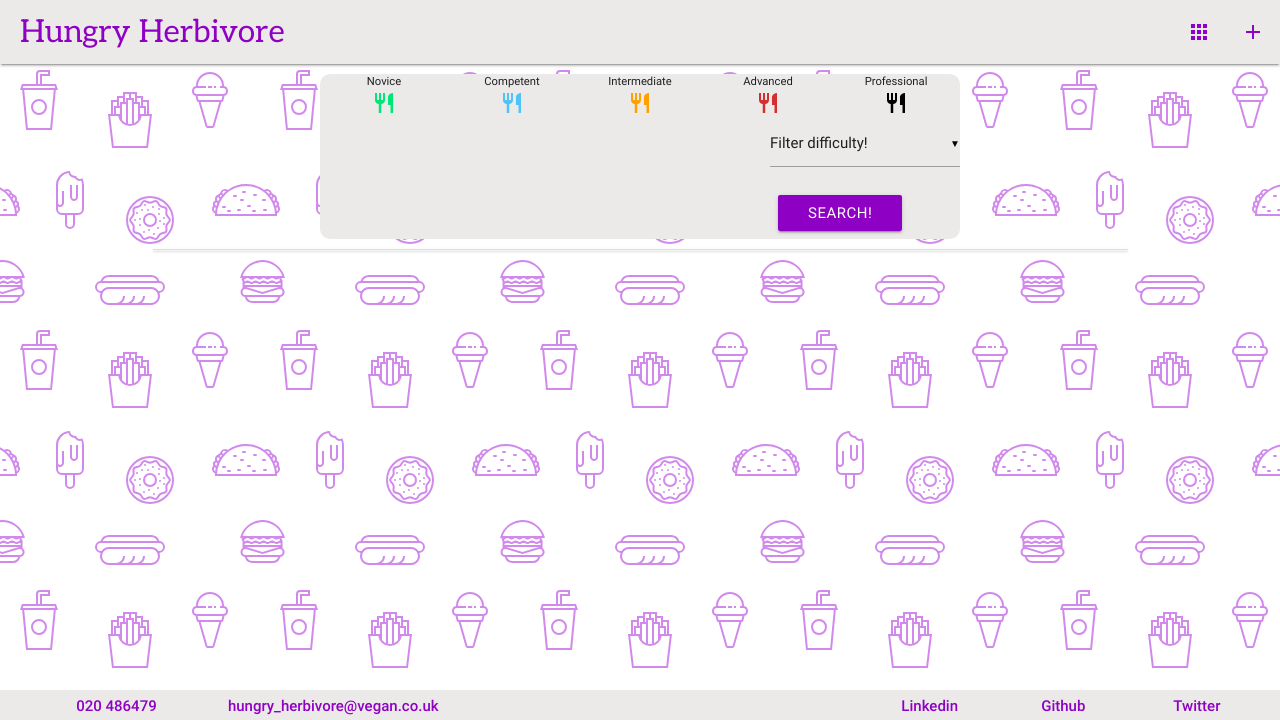
Repository: tgarratt/HungryHerbivore-Milestone3
Page: templates/recipes.html
The author's editor kept a record of every edit. The page is drawn from the files as they stood at one moment, then again after the next edit.
The browser window is 1280 px wide. The pictures show the whole page.
The template is drawn by Flask 3. The application's start-up code is not run. Other server files are loaded and not shown. The template is opened directly, without the code that normally fills it, so the values that code supplies are empty.

Above is the page before.

### templates/recipes.html
{% extends 'parent.html'%} {% block content %}

<div class="key-content mobile-key row">
    <div class="col m2.4 key-info key-width key-text">
        <div class="mobile-key-text-novice">Novice</div>
        <i class="material-icons novice mobile-hide">restaurant</i>
    </div>
    <div class="col m2.4 key-info key-width key-text">
        <div class="mobile-key-text-competent"> Competent</div>
        <i class="material-icons competent mobile-hide">restaurant</i>
    </div>
    <div class="col m2.4 key-info key-width key-text">
        <div class="mobile-key-text-intermediate"> Intermediate</div>
        <i class="material-icons intermediate mobile-hide">restaurant</i>
    </div>
    <div class="col m2.4 key-info key-width key-text">
        <div class="mobile-key-text-advanced"> Advanced</div>
        <i class="material-icons advanced mobile-hide">restaurant</i>
    </div>
    <div class="col m2.4 key-info key-width key-text">
        <div class="mobile-key-text-professional"> Professional</div>
        <i class="material-icons professional mobile-hide">restaurant</i>
    </div>
    <div class="float-right">
        <form action="{{url_for('filter')}}" method="post">
            <div>
                <select name="difficulty-filter" id="difficulty-filter" required>
                     <option value="" disabled selected>Filter difficulty!</option>
                    <option value="1">novice</option>
                    <option value="2">competent</option>
                    <option value="3">intermediate</option>
                    <option value="4">advanced</option>
                    <option value="5">professional</option>
                </select>
            </div>
              <button class="btn waves-effect waves-light buttons buttons-hover" type="submit" name="action">Search!</button>

        </form>
    </div>
</div>

<div class="page-content-recipes">
    <ul class="collapsible" data-collapsible="accordion">
        {% for recipe in recipes %}
        <li>
            <div class="collapsible-header row">
                <div class="col l1">
                    <i class="col s1 material-icons icon-size
                {% if recipe.difficulty == "1" %}
                green-text text-accent-3
                {% elif recipe.difficulty == "2" %}
                light-blue-text text-lighten-2
                {% elif recipe.difficulty == "3" %}
                amber-text text-darken-2
                {% elif recipe.difficulty == "4" %}
                red-text text-darken-2
                {% elif recipe.difficulty == "5" %}
                black-text
                {% endif %}">restaurant </i>
                </div>
                <div class="col l7">
                    <strong>{{recipe.meal_name}}</strong> - {{recipe.meal_time}}
                </div>
                <div class="col l2">
                    <a href="{{url_for('view_recipe', recipe_id=recipe._id)}}" class="waves-effect waves-light btn buttons buttons-hover">Recipe</a>
                </div>
                <div class="col l2">
                    <a href="{{url_for('modify_recipe', recipe_id=recipe._id)}}" class="waves-effect waves-light btn buttons buttons-hover">Modify</a>
                </div>
            </div>
            <div class="collapsible-body">
                <span>
                <div>
                    <div><strong>Comments:</strong></div>
                    <div>{{recipe.meal_comment}}</div>
                </div>
            </span>
            </div>
        </li>
        {% endfor %}
    </ul>
</div>

{% endblock %}

### templates/parent.html
<!DOCTYPE html>
<html>

<head>
    <link href="https://fonts.googleapis.com/icon?family=Material+Icons" rel="stylesheet">
    <link href='https://fonts.googleapis.com/css?family=Aleo' rel='stylesheet'>
    <link rel="stylesheet" href="https://cdnjs.cloudflare.com/ajax/libs/materialize/0.100.2/css/materialize.min.css">
    <link rel="stylesheet" href="{{url_for('static', filename='css/style.css')}}" type="text/css" />
</head>

<body>
    <header>
        <nav class="nav-color">
            <div class="nav-wrapper">
                <a href="{{url_for('get_recipes')}}" class="brand-logo nav-text nav-logo">Hungry Herbivore</a>
                <ul class="right hide-on-med-and-down">
                    <li><a href="{{url_for('get_recipes')}}"><i class="material-icons nav-text">apps</i></a></li>
                    <li><a href="{{url_for('add_recipe')}}"><i class="material-icons nav-text">add</i></a></li>
                </ul>
            </div>
        </nav>
    </header>
    {% block content %} {% endblock %}
    <div>
        <footer>
            <div class="footer-text row">
                <div class="col s4 m4 row">
                    <div class="col m6 mobile-hide">020 486479</div>
                    <div class="col s12 m6">hungry_herbivore@vegan.co.uk</div>
                </div>
                <div class="col s0 m4 "></div>
                <div class="col s8 m4 row">
                    <a href="https://www.linkedin.com/in/tom-garratt-303284168/" target="_blank">
                        <div class="col s6 m4 footer-hover footer-link">
                            Linkedin
                        </div>
                    </a>
                    <a href="https://github.com/tgarratt" target="_blank">
                        <div class="col s6 m4 footer-hover footer-link">
                            Github
                        </div>
                    </a>
                    <a href="N/A" target="_blank">
                        <div class="col m4 footer-hover footer-link mobile-hide">
                            Twitter
                        </div>
                    </a>
                </div>
            </div>
        </footer>
    </div>
    <script src="https://cdnjs.cloudflare.com/ajax/libs/jquery/3.4.1/jquery.min.js" integrity="sha256-CSXorXvZcTkaix6Yvo6HppcZGetbYMGWSFlBw8HfCJo=" crossorigin="anonymous"></script>
    <script src="https://cdnjs.cloudflare.com/ajax/libs/materialize/0.100.2/js/materialize.min.js"></script>
    <script type="text/javascript" src="display/js/main.js"></script>
    <script type="text/javascript">
        $(document).ready(function() {
            $('.collapsible').collapsible();
            $('select').material_select();
        });
    </script>
</body>

</html>

### static/css/style.css
/*--------------------------------------------- MAIN TAG CLASSES */

body {
    background-color: #ffffff;
    background-image: url("data:[embedded picture, 9922 characters]");
    padding-bottom: 30px;
    margin: 0px;
}

/*--------------------------------------------- GENERAL */

.page-content {
    background-color: #ECE9E9;
    margin-top: 10px;
    margin-bottom: 10px;
    margin-left: auto;
    margin-right: auto;
    width: 65em;
    border-radius: 25px;
}

.page-content-recipes {
    background-color: #ECE9E9;
    margin-top: 10px;
    margin-bottom: 10px;
    margin-left: auto;
    margin-right: auto;
    width: 65em;
}

.buttons {
    margin: 8px;
    background-color: #8E00C3 !important;
}

.buttons-hover:hover {
    background-color: #ECE9E9 !important;
    color: #8E00C3;
    transition: 0.5s;
}

.key-width {
    width: 20%
}

.margin-auto {
    margin: 0 auto;
}

.float-right {
    float: right;
}

/*--------------------------------------------- NAV BAR */

.nav-logo {
    font-family: 'Aleo';
    margin-left: 20px;
}

.nav-text {
    color: #8E00C3 !important;
}

.nav-icon {
    font-size: 25px;
}

.nav-color {
    background-color: #ECE9E9 !important;
}

/*--------------------------------------------- RECIPES */

.icon-size {
    font-size: 150%;
}

/*--------------------------------------------- KEY */

.novice {
    color: #00e676 !important;
}

.competent {
    color: #4fc3f7 !important;
}

.intermediate {
    color: #ffa000 !important;
}

.advanced {
    color: #d32f2f !important;
}

.professional {
    color: #000000 !important;
}

.key-content {
    background-color: #ECE9E9;
    margin-top: 10px;
    margin-bottom: 10px;
    margin-left: auto;
    margin-right: auto;
    width: 50%;
    border-radius: 10px;

}

.key-info {
    font-size: 75%;
    margin: 0 auto;
    display: inline-block;
}


.key-text {
    text-align: center;
}

.key-submit {
    width: 20px !important;
    height: 10px !important;
}

/*--------------------------------------------- MODIFY RECIPE */

.button-delete {
    margin: 8px;
    background-color: #bb2124!important;
}

.delete-interact:hover {
    background-color: #F92E32 !important;
}

/*--------------------------------------------- VIEW RECIPE */

.recipe-header {
    text-align: center;
    margin: 15px;
    border-radius: 25px;
}

.recipe-content {
    margin: 20px;
    background-color: #DADADA;
    border-radius: 25px;
    border: 10px;
}

.recipe-element {
    margin-top: 5px;
    margin-bottom: 5px;
}

/*--------------------------------------------- FOOTER */

footer {
    width: 100%;
    background-color: #ECE9E9;
    color: #8E00C3;
    position: fixed;
    left: 0px;
    bottom: 0px;
    height: 30px;
}

.footer-text {
    text-align: center;
    font-weight: 500;
    margin: 5px;
}

.footer-hover:hover {
    color: #BB2FF1 !important;
}

.footer-link {
    text-decoration: none;
    color: #8E00C3 !important;
}

/*--------------------------------------------- MEDIA */


/*---------------------------------- MOBILE */
@media(max-width: 767px) {
    .mobile-key-text-novice {
        color: #00e676 !important;
    }
    .mobile-key-text-competent {
        color: #4fc3f7 !important;
    }
    .mobile-key-text-intermediate {
        color: #ffa000 !important;
    }
    .mobile-key-text-advanced {
        color: #d32f2f !important;
    }
    .mobile-key-text-professional {
        color: #000000 !important;
    }
    .mobile-hide {
        display: none;
    }
    .mobile-key {
        width: 90%;
        font-size: 20px;
    }

}

Loaded but not shown: static/js/main.js (no copy from this time; the picture is the same without it)

After the next edit:
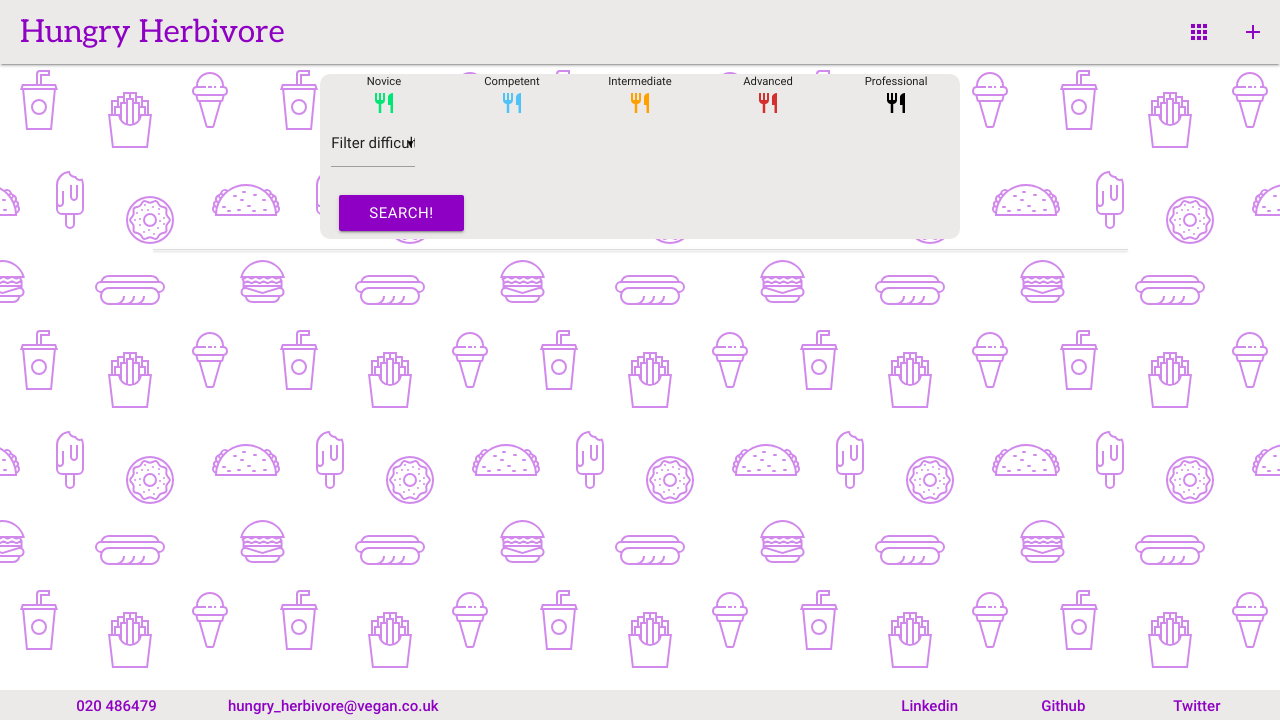
The edit:
--- a/templates/recipes.html
+++ b/templates/recipes.html
@@ -21,7 +21,7 @@
         <div class="mobile-key-text-professional"> Professional</div>
         <i class="material-icons professional mobile-hide">restaurant</i>
     </div>
-    <div class="float-right">
+    <div class="col m2">
         <form action="{{url_for('filter')}}" method="post">
             <div>
                 <select name="difficulty-filter" id="difficulty-filter" required>
